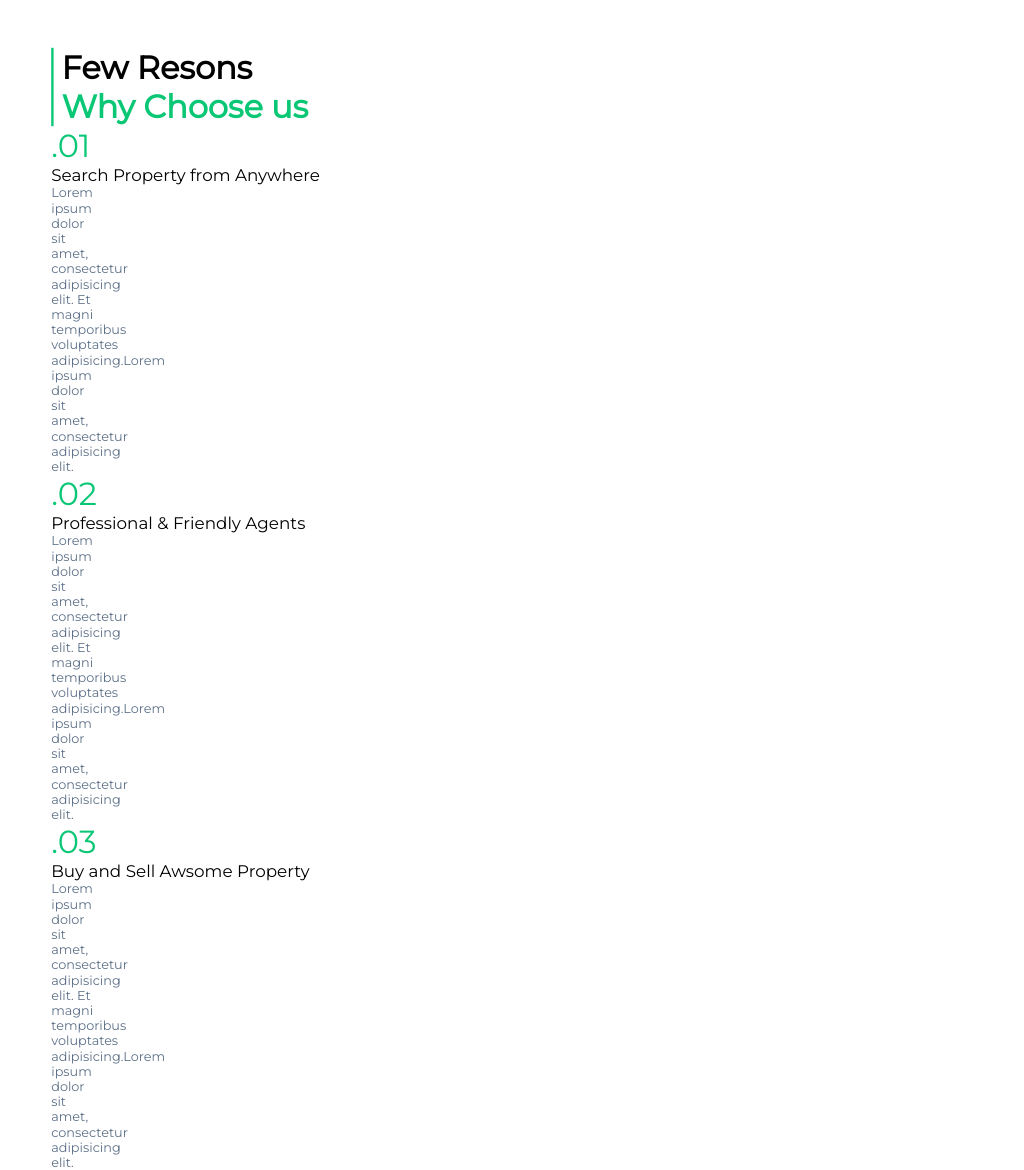
Repository: Yowani24/Real-Estate2
Page: index.html
These files come from the project's save history. The page is drawn as it stood at one moment and after the next save; the edit follows.
The browser window is 1280 px wide. The pictures show the part of the page from y = 2326 to 3789 px (the page is 3789 px tall before and 2877 px after), at 80% of full size.
A picture or video elsewhere on the page could not be fetched, so the positions and the page height are approximate. Some web fonts or font styles are not loaded; a fallback is used.

Above is the page before, as saved 2021-08-29 13:30:01.

### index.html
<!DOCTYPE html>
<html lang="en">
<head>
    <meta charset="UTF-8">
    <meta http-equiv="X-UA-Compatible" content="IE=edge">
    <meta name="viewport" content="width=device-width, initial-scale=1.0">
    <title>Real State</title>
    <link rel="stylesheet" href="styles.css">

    <!-- ============FONT-FAMILY============== -->
    <link rel="preconnect" href="https://fonts.googleapis.com">
    <link rel="preconnect" href="https://fonts.gstatic.com" crossorigin>
    <link href="https://fonts.googleapis.com/css2?family=Montserrat&family=Rozha+One&display=swap" rel="stylesheet">

    <!-- ======================VUELS CDN=================== -->
    <script src="https://cdn.jsdelivr.net/npm/vue@2"></script>

</head>
<body>
    <Header>
        <div class="interface_wrapper header_wrapper">
            <div class="logo_box">
                <img src="/images/realLogo.png" alt="">
                <p><span>Real</span> Estate</p>
            </div>

            <div class="menu">
                <nav>
                    <ul>
                        <li><a href="#">Home</a></li>
                        <li><a href="#">About</a></li>
                        <li><a href="#">Agents</a></li>
                        <li><a href="#">Price</a></li>
                        <li><a href="#">Blog</a></li>
                    </ul>
                </nav>
            </div>
        </div>
    </Header>

    <section class="showcase_sec">
        <div class="interface_wrapper showcase">
            <p>Give Life For Your <br/>Dream <span>Home</span></p>
            <p>Always on the lookout for the hi-tech advancements.  Build not only a product that can sell well, but a platform through which to deliver it.</p>

            <div class="btns_box">
                <button>Read more</button>
                <button>Contact Us</button>
            </div>
        </div>
    </section>

    <section class="about_us_sec">
        <div class="interface_wrapper about_us">
            <p><span>About</span> Us</p>
            <p>A modern and unique style </p>

            <div id="app">
                <div v-for="item in items">
                    <img :src="item.ima" alt="">
                    <p>{{item.desc}}</p>
                </div>
            </div>
        </div>
    </section>

    <section class="services_sec">
        <div id="services" class="interface_wrapper services">
            <div class="services_box" v-for="item in items">
                <img :src="item.ima" alt="">
                <div>
                    <p>{{item.titulo}}</p>
                    <p>{{item.desc}}</p>
                </div>
            </div>
        </div>
    </section>

    <section class="best_agents_sec">
        <div class="interface_wrapper best_agents">
            <div id="bestAgents" class="bestAgents">
                <div>
                    <p><span>Our</span> Best Agents</p>
                    <button>View Agents</button>
                </div>
                <div class="agents_box" v-for="item in items">
                    <div class="agents_image_box">
                        <img :src="item.ima" alt="">
                    </div>
                    <p>{{item.name}}</p>
                    <p>{{item.office}}</p>
                    <div class="agents_social">
                        <img src="/images/facebook.png" alt="">
                        <img src="/images/twitter.png" alt="">
                        <img src="/images/email.png" alt="">
                        <img src="/images/linkedin.png" alt="">
                    </div>
                </div>
            </div>
        </div>
    </section>

    <section class="whyUs_sec">
        <div id="whyUs" class="interface_wrapper whyUs">
            <h3>Few Resons <br/> <span>Why Choose us</span></h3>
            <div class="items" v-for="item in items">
                <p>{{item.position}}</p>
                <p>{{item.title}}</p>
                <p>{{item.desc}}</p>
            </div>
        </div>
    </section>



    <script>
        var app = new Vue({
            el: '#app',
            data: {
                items: [
                    {ima:'https://images.unsplash.com/photo-1583231684537-bd79dc887244?ixlib=rb-1.2.1&ixid=MnwxMjA3fDB8MHxwaG90by1yZWxhdGVkfDZ8fHxlbnwwfHx8fA%3D%3D&auto=format&fit=crop&w=500&q=60', desc:'Tomin Villa Denmarkd'},
                    {ima:'https://images.unsplash.com/photo-1613490493576-7fde63acd811?ixlib=rb-1.2.1&ixid=MnwxMjA3fDB8MHxwaG90by1yZWxhdGVkfDV8fHxlbnwwfHx8fA%3D%3D&auto=format&fit=crop&w=500&q=60', desc:'Financial Office Romania'},
                    {ima:'https://images.unsplash.com/photo-1416331108676-a22ccb276e35?ixlib=rb-1.2.1&ixid=MnwxMjA3fDB8MHxwaG90by1yZWxhdGVkfDJ8fHxlbnwwfHx8fA%3D%3D&auto=format&fit=crop&w=500&q=60', desc:'Cruzz Villa Spain'},
                ]
            }
        });

        var app = new Vue({
            el: '#services',
            data: {
                items: [
                    {ima:'/images/SEO_Ready_Code.png', titulo:'SEO Ready Code', desc:'Tincidunt felis dignissim justo congue, non rutrum tortor volutpat .'},
                    {ima:'/images/Fully_Responsive.png', titulo:'Fully Responsive', desc:'Tincidunt felis dignissim justo congue, non rutrum tortor volutpat .'},
                    {ima:'/images/Awesome_Features.png', titulo:'Awesome Features', desc:'Tincidunt felis dignissim justo congue, non rutrum tortor volutpat .'},
                    {ima:'/images/5-Star-Support.png', titulo:'5-Star-Support', desc:'Tincidunt felis dignissim justo congue, non rutrum tortor volutpat .'},
                    {ima:'/images/5-Star-Support.png', titulo:'High Customizibility', desc:'Tincidunt felis dignissim justo congue, non rutrum tortor volutpat .'},
                    {ima:'/images/Up-To-Date Software.png', titulo:'Up-To-Date Software', desc:'Tincidunt felis dignissim justo congue, non rutrum tortor volutpat .'},

                ]
            }
        });

        var app = new Vue({
            el: '#bestAgents',
            data: {
                items: [
                    {ima:'https://images.unsplash.com/photo-1598257006408-538c27529235?ixlib=rb-1.2.1&ixid=MnwxMjA3fDB8MHxwaG90by1yZWxhdGVkfDE2fHx8ZW58MHx8fHw%3D&auto=format&fit=crop&w=500&q=60', name:'Yowani da Costa', office:'FOUNDER | CEO'},
                    {ima:'https://images.unsplash.com/photo-1573496800440-5c9c48a8d0f0?ixid=MnwxMjA3fDB8MHxzZWFyY2h8MTZ8fGJsYWNrJTIwZW50cmVwcmVuZXVyc3xlbnwwfHwwfHw%3D&ixlib=rb-1.2.1&auto=format&fit=crop&w=500&q=60', name:'Nelumba Nkai', office:'RH'},
                    {ima:'https://images.unsplash.com/photo-1558222218-b7b54eede3f3?ixid=MnwxMjA3fDB8MHxzZWFyY2h8MTh8fGNlb3xlbnwwfHwwfHw%3D&ixlib=rb-1.2.1&auto=format&fit=crop&w=500&q=60', name:'Arnold William', office:'Front End Developer'},


                ]
            }
        });

        var app = new Vue({
            el: '#whyUs',
            data: {
                items: [
                    {position:'.01', title:'Search Property from Anywhere', desc:'Lorem ipsum dolor sit amet, consectetur adipisicing elit. Et magni temporibus voluptates adipisicing.Lorem ipsum dolor sit amet, consectetur adipisicing elit.'},
                    {position:'.02', title:'Professional & Friendly Agents', desc:'Lorem ipsum dolor sit amet, consectetur adipisicing elit. Et magni temporibus voluptates adipisicing.Lorem ipsum dolor sit amet, consectetur adipisicing elit.'},
                    {position:'.03', title:'Buy and Sell Awsome Property', desc:'Lorem ipsum dolor sit amet, consectetur adipisicing elit. Et magni temporibus voluptates adipisicing.Lorem ipsum dolor sit amet, consectetur adipisicing elit.'}

                ]
            }
        });

    </script>
</body>
</html>

### styles.css
*{
    margin: 0;
}

body{
    padding: 0;
    top: 0;
    left: 0;
    font-family: 'Montserrat', sans-serif;
}
.interface_wrapper{
    width: 90%;
    margin: 0 auto;
}

/* ======================HEADER======================= */
Header{
    background: rgb(23,34,47);
    color: #FFFFFF;
    padding: 10px 0;

}
.header_wrapper{
    display: flex;
    justify-content: space-between;
    align-items:center;
}
.logo_box{
    display: flex;
    align-items: center;
}
.logo_box p{
    font-size: 40px;
    font-weight: 400;
    font-family: 'Rozha One', serif;

}
.logo_box span{
    color: rgb(10, 199, 117);
}
Header .menu nav ul{
    display: flex;
    padding: 0;
}
Header .menu nav li{
    list-style: none;
    margin: 0 20px;
}
Header .menu nav a{
    text-decoration: none;
    color: #FFFFFF;
    font-size: 19px;

}

/* ======================SHOWCASE_SECTION======================= */
.showcase_sec{
    padding-top: 150px;
    padding-bottom: 100px;
    background-image: url('https://images.unsplash.com/photo-1544890603-cf0ce2d65561?ixlib=rb-1.2.1&ixid=MnwxMjA3fDB8MHxwaG90by1wYWdlfHx8fGVufDB8fHx8&auto=format&fit=crop&w=750&q=80');
    background-repeat: no-repeat;
    background-position: center;
    background-size: cover;
}
.showcase p:nth-child(1) {
    font-size: 85px;
    font-family: 'Rozha One', serif;
    width: 800px;
    border-left: 3px solid rgb(10, 199, 117);
    padding-left: 10px;
    line-height: 1;
    margin: 0 auto;
    color: #FFFFFF;

}
.showcase p:nth-child(1) span {
    color: rgb(10, 199, 117);
}

.showcase p:nth-child(2) {
    font-size: 16px;
    color: rgb(255, 255, 255);
    width: 650px;
    line-height: 2;
    margin-top: 75px;
}

.btns_box{
    margin-top: 40px;
}
.btns_box button {
    border: 2px solid rgb(10, 199, 117);
    padding: 0 45px;
    height: 55px;
    font-size: 16px;
    border-radius: 50px;
    font-weight: 500;
    color: #FFFFFF;
    line-height: 19px;
    cursor: pointer;
}

.btns_box button:nth-child(1) {
    background: rgb(10, 199, 117);
}
.showcase button:nth-child(2) {
    color:#FFFFFF;
    margin-left: 10px;
    background: none;
}


/* ======================ABOUT US======================= */
.about_us_sec{
    padding-bottom: 50px;
}
.about_us {
    display: flex;
    flex-direction: column;
}
.about_us p:nth-child(1) {
    font-size: 40px;
    border-left: 3px solid rgb(10, 199, 117);
    padding-left: 10px;
    margin: 0 auto;
    margin-top: 100px;
    margin-bottom: 10px;

}
.about_us p:nth-child(1) span {
    color: rgb(10, 199, 117);
}

.about_us p:nth-child(2) {
    font-size: 22px;
    font-style: italic;
    text-align: center;
    margin-bottom: 100px;
}

#app{
    display: flex;
    align-items: center;
    justify-content: space-between;
    width: 100%;
}
#app img{
    width: 200px;
    height: 200px;
    border-radius:100%;
}
#app p{
    text-align: center;
    font-size: 25px;
    width: 200px;
    margin: 0 auto;
    margin-top: 20px;
    font-style: normal;
}


/* ======================SERVICES======================= */

.services_sec{
    background: rgb(35, 49, 66);
    color: rgb(255, 255, 255);
    padding: 50px 0;

}
.services{
    display: flex;
    flex-wrap: wrap;
    justify-content: space-between;
}
.services_box{
    display: flex;
    margin: 50px 0;
    align-items: flex-start;
}
.services_box img{
    margin-right: 10px;
}
.services_box p:nth-child(1){
    font-size: 30px;
    font-weight: bold;
    margin-top: 10px;
}
.services_box p:nth-child(2){
    font-size: 14px;
    width: 280px;
    margin-top: 20px;
}



/* ======================OUR BEST AGENTS======================= */

.best_agents_sec {
    padding: 80px 0;
}
.bestAgents{
    display: flex;
}
.bestAgents p:nth-child(1){
    font-size: 40px;
    border-left: 3px solid rgb(10, 199, 117);
    font-weight: bold;
    padding-left: 10px;
}
.bestAgents p:nth-child(1) span{
    font-size: 40px;
    color: rgb(10, 199, 117);
}
.bestAgents button{
    font-size: 16px;
    font-weight: bolder;
    padding: 15px 40px;
    border: 2px solid rgb(10, 199, 117);
    background: none;
    margin-top: 60px;
    cursor: pointer;
}

.agents_box{
    width: 300px;
    box-shadow: rgba(60, 64, 67, 0.3) 0px 1px 2px 0px,
    rgba(60, 64, 67, 0.15) 0px 2px 6px 2px;
    margin: 6px;
    text-align: center;
    padding: 5px;
}
.agents_box p:nth-child(2){
    font-size: 30px;
    font-weight: 500;
    margin: 10px 0;
    color: rgb(39, 35, 35);
}
.agents_box p:nth-child(3){
    font-size: 15px;
    font-weight: 500;
    color: rgb(51, 151, 108);
}
.agents_image_box{
    width: 100%;
}
.agents_image_box img{
    width: 100%;
}
.agents_social{
    text-align: center;
    padding: 10px 0;
}
.agents_social img{
    margin: 0 10px;
    cursor: pointer;
}


/* ======================OUR BEST AGENTS======================= */

.whyUs h3{
    font-size: 40px;
    border-left: 3px solid rgb(10, 199, 117);
    font-weight: bold;
    padding-left: 10px;
}
.whyUs h3 span{
    color: rgb(10, 199, 117);
}

.items p:nth-child(1){
    font-size: 40px;
    color: rgb(10, 199, 117);
    font-weight: 500;
}
.items p:nth-child(2){
    font-size: 21px;
    font-weight: 500;

}
.items p:nth-child(3){
    font-size: 16px;
    color: rgb(92, 111, 135);
    width: 5%;

}

After the next save:
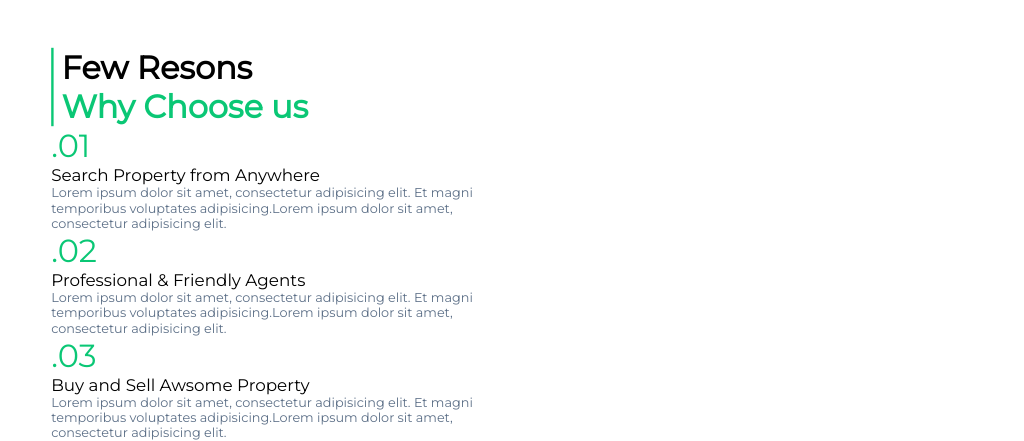
Saved 4 s later.
--- a/styles.css
+++ b/styles.css
@@ -281,6 +281,6 @@ Header .menu nav a{
 .items p:nth-child(3){
     font-size: 16px;
     color: rgb(92, 111, 135);
-    width: 5%;
-
-}
+    width: 50%;
+
+}
